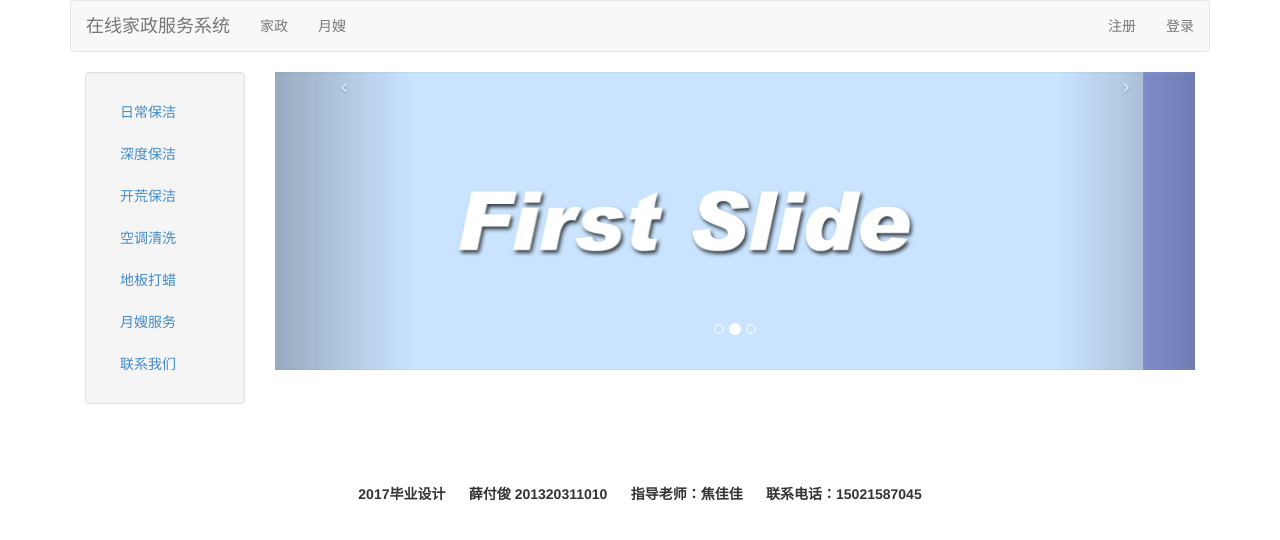
Repository: ELeonCXFJ/MyEclipseWS
Page: http://localhost/MyWeb/
The author's editor kept a copy of each file at every save. The page is drawn from the files as they stood at one save, then again after the next save.
The browser window is 1280 px wide. The pictures show the whole page.
The page is served by Tomcat 9. Nobody is signed in. The application's start-up code is not run.

Above is the page before, as saved 2017-03-21 04:49:07.

After the next save:
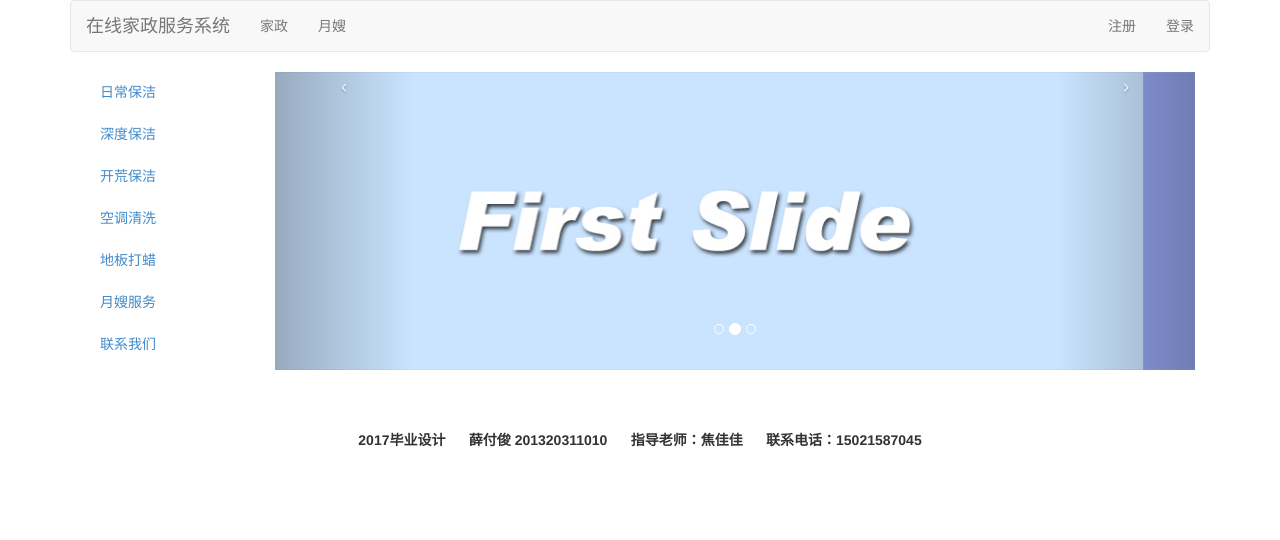
Saved 29 s later.
--- a/MyWeb/WebRoot/index.jsp
+++ b/MyWeb/WebRoot/index.jsp
@@ -19,17 +19,15 @@
 		<div class="col-lg-12 col-md-12 col-xs-12 col-sm-12">
 
 		<div class="col-lg-2 col-md-2 col-xs-2 col-sm-2 center">
-			<div class="well">
-				<ul class="nav nav-pills nav-stacked">
-					<li><a href="<c:url value='/jsps/product/keeper/dailywork.jsp'/>">日常保洁</a></li>
-					<li><a href="#">深度保洁</a></li>
-					<li><a href="#">开荒保洁</a></li>
-					<li><a href="#">空调清洗</a></li>
-					<li><a href="#">地板打蜡</a></li>
-					<li><a href="#">月嫂服务</a></li>
-					<li><a href="#">联系我们</a></li>
-				</ul>
-			</div>
+			<ul class="nav nav-pills nav-stacked">
+				<li><a href="<c:url value='/jsps/product/keeper/dailywork.jsp'/>">日常保洁</a></li>
+				<li><a href="#">深度保洁</a></li>
+				<li><a href="#">开荒保洁</a></li>
+				<li><a href="#">空调清洗</a></li>
+				<li><a href="#">地板打蜡</a></li>
+				<li><a href="#">月嫂服务</a></li>
+				<li><a href="#">联系我们</a></li>
+			</ul>
 		</div>
 
 		<div class="col-lg-10 col-md-10 col-xs-10 col-sm-10 center">
